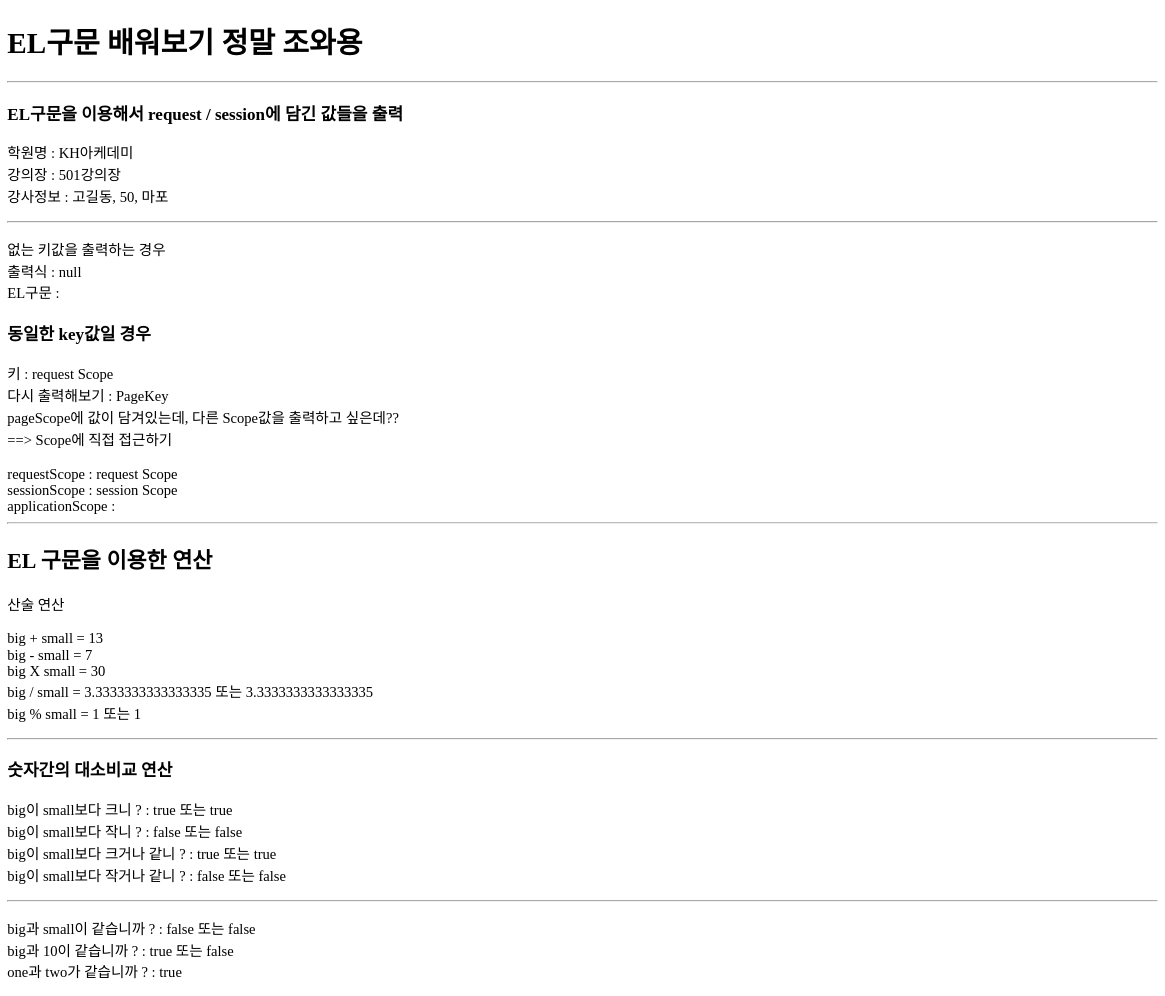
Repository: ghksl0204-shapa/dynamic-web
Page: http://localhost/ActionProject/el.do
The author's editor kept a copy of each file at every save. The page is drawn from the files as they stood at one save, then again after the next save.
The browser window is 1280 px wide. The pictures show the whole page, at 91% of full size.
The page is served by Tomcat 9.

Above is the page before, as saved 2026-05-06 06:39:09.

After the next save:
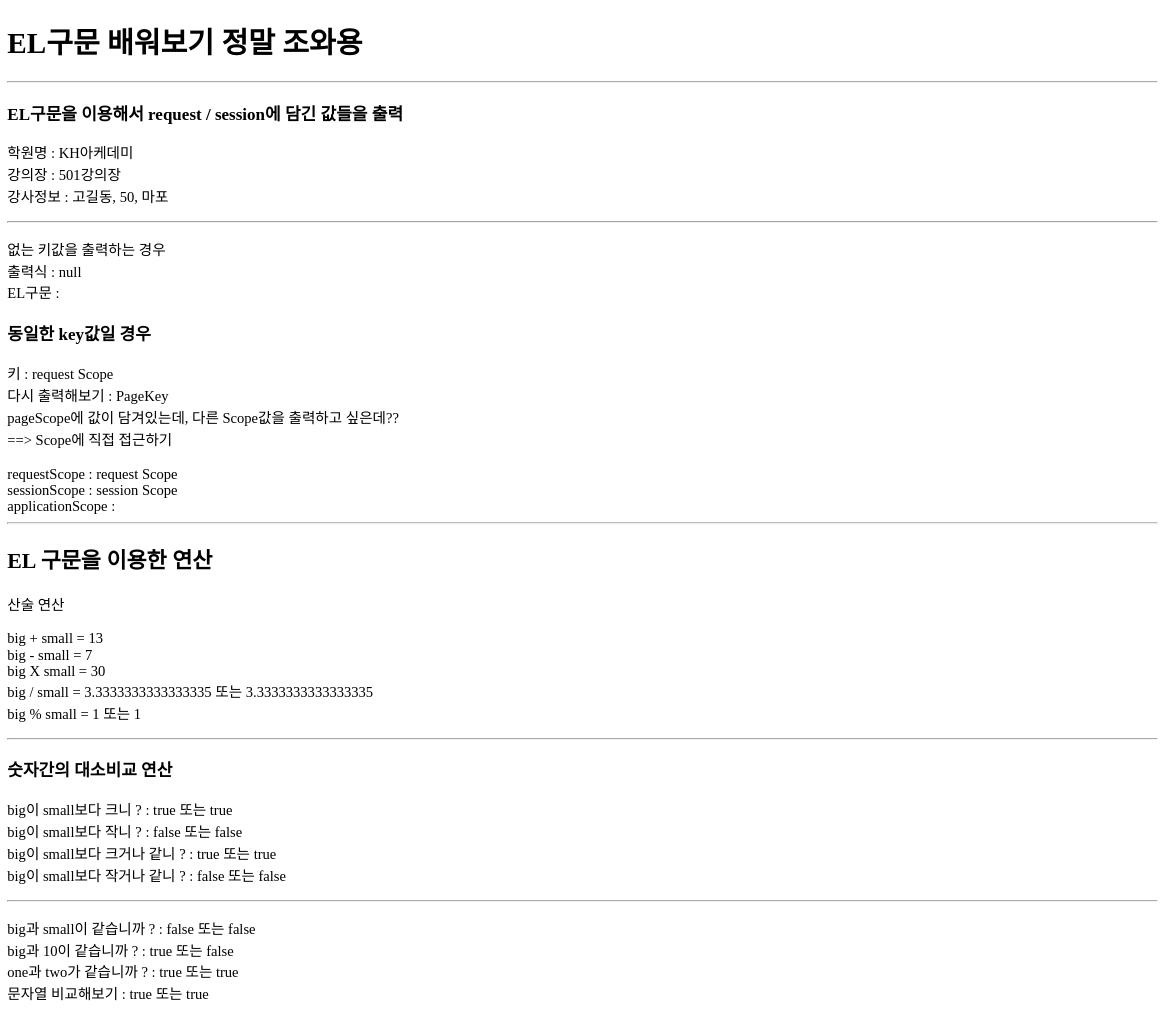
Saved 70 s later.
--- a/ActionProject/src/main/webapp/WEB-INF/views/01_el.jsp
+++ b/ActionProject/src/main/webapp/WEB-INF/views/01_el.jsp
@@ -119,7 +119,8 @@
 	 	big과 small이 같습니까 ? : ${ big == small } 또는 ${ big eq small } <br>
 	 	big과 10이 같습니까 ? : ${ big eq 10 } 또는 ${ big ne 10 } <br>
 
-	 	one과 two가 같습니까 ? : ${ strOne == strTwo }
+	 	one과 two가 같습니까 ? : ${ strOne == strTwo } 또는 ${ strOne eq strTwo } <br>
+	 	문자열 비교해보기 : ${ strOne == '안녕' } 또는 ${ strOne == "안녕" } <br>
 	 </p>
 
 
